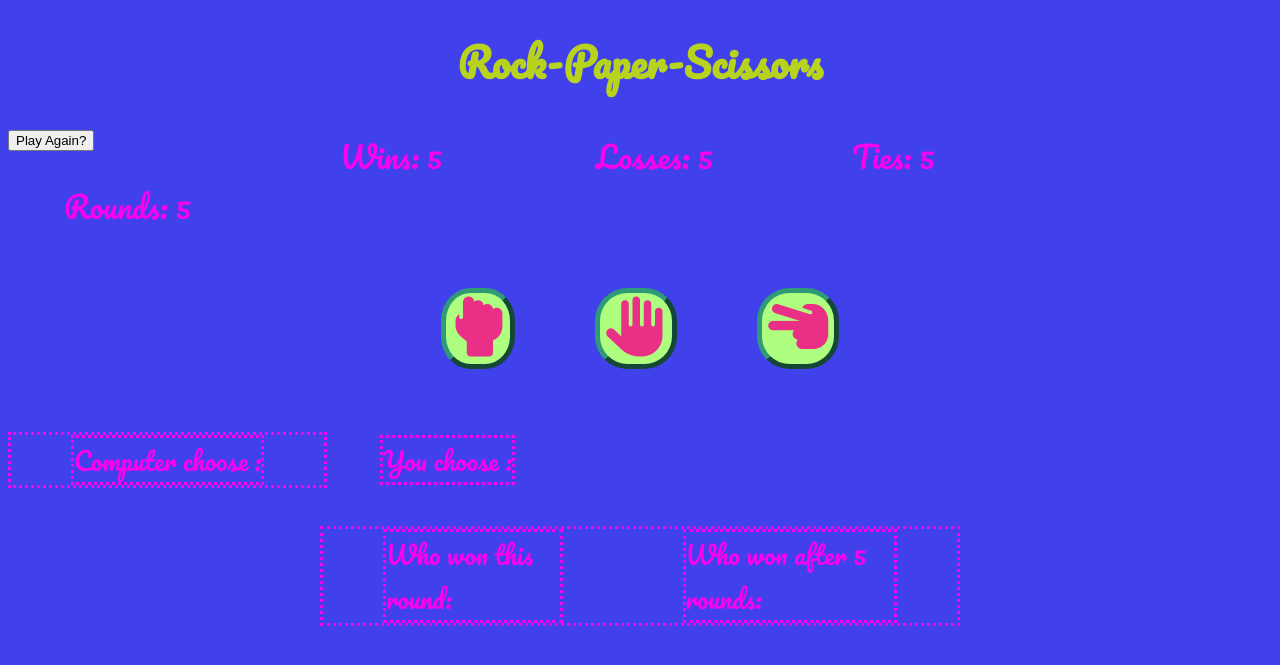
Repository: 0101chaitanya/Rock-Paper-Scissors
Page: index.html
An editor plug-in stored every save of this project. The page is shown before and after the next save, followed by the edit.
The browser window is 1280 px wide. The pictures show the whole page.
Some web libraries are served in a nearby version.

Above is the page before, as saved 2021-05-15 15:41:00.
Not found: linkk.js

### index.html
<!DOCTYPE html>
<html>

<head>
    <meta charset="utf-8">
    <title>Rock-Paper-Scissors</title>
    <link rel="stylesheet" href="style.css">
    <script src="https://kit.fontawesome.com/3dcaf9f6de.js" crossorigin="anonymous"></script>
    <link rel="preconnect" href="https://fonts.gstatic.com">
    <link href="https://fonts.googleapis.com/css2?family=Pacifico&display=swap" rel="stylesheet">
</head>

<body>
    <h1 id="welcome">Rock-Paper-Scissors</h1>
    <div id="div1">
        <span id="wins" class="score">Wins: 5</span>
        <span id="losses" class="score">Losses: 5</span>
        <span id="ties" class="score">Ties: 5</span>
    </div>
    <div id="div2">
        <span id="rounds">Rounds: 5</span>
    </div>
    <div id="div3">
        <button class="square" id="holder1" href="#"><i class="fas fa-hand-rock"></i></button>
        <button class="square" id="holder2" href="#"><i class="fas fa-hand-paper"></i></button>
        <button class="square" id="holder3" href="#"><i class="fas fa-hand-scissors"></i></button>
    </div>
    <div id="div4">
        <span id="you" class="player">You choose :</span>
        <span id="computer" class="player">Computer choose :</span>
    </div>
    <div id="div5">
        <span id="roundwin" class="round">Who won this round:</span>
        <span id="round5er" class="round">Who won after 5 rounds:</span>
    </div>
    <button id="repeat">Play Again?</button>
    <script type="text/javascript" src="linkk.js"></script>
</body>

</html>

### style.css
html{
    margin: 0;
    font-family: 'Pacifico', cursive;
    background-color:rgb(65, 65, 236);
display: block;
}

h1  {
       text-align: center;
     color:rgb(184, 211, 30) ;
    font-size: 40px;
}
#div1{
     display: flex;
     justify-content: space-evenly;
     font-size: 30px;
     color:rgb(248, 3, 236);
    position : fixed;
    top: 18%;
    }
.score {
        margin: auto 20px ;
    }
    #wins {
       position: fixed;
        left: 25%;

    }
    #losses {
       position: fixed;
        left: 45%;

    }
    #ties {
       position: fixed;
        left: 65%;

    }

#div2 {
     display: flex;
     justify-content: space-evenly;
     font-size: 30px;
     color:rgb(248, 3, 236);
    position : fixed;
    top: 25%;
    left: 5%;
}
 #div3 {
display: flex;
flex-direction: row;
justify-content:center;
position: fixed;
top: 40%;
align-content: center;
left: 50%;
right: 50%;
padding:0;
  }
.square{
    background-color: rgb(174, 255, 127);
    font-size: 60px;
    display: inline-block;
color: rgb(233, 47, 134);
border-radius: 40%;
border-width: 5px;
border-color:rgb(46, 155, 118);
margin:auto 40px;
}
#div4 {
     display: flex;
     flex-direction: row;
     justify-content: center;
     font-size: 25px;
     color:rgb(248, 3, 236);
    position : fixed;
    top: 60%;
    padding: auto;
    border-style:dotted;

}
.player {
    margin: auto 60px;
    display: flex;
    flex-direction: row;
    border-style:dotted;
    flex-wrap: nowrap;

}
#you {
   position: fixed;
        left: 25%;

}
#div5 {
     display: flex;
     flex-direction: row;
     justify-content: center;
     font-size: 25px;
     color:rgb(248, 3, 236);
    position : fixed;
    top: 73%;
    left: 25%;
    right: 25%;
    padding: auto;
    border-style:dotted;

}
.round {
    margin: auto 60px;
    display: flex;
    flex-direction: row;
    border-style:dotted;
    flex-wrap: nowrap;
}

After the next save:
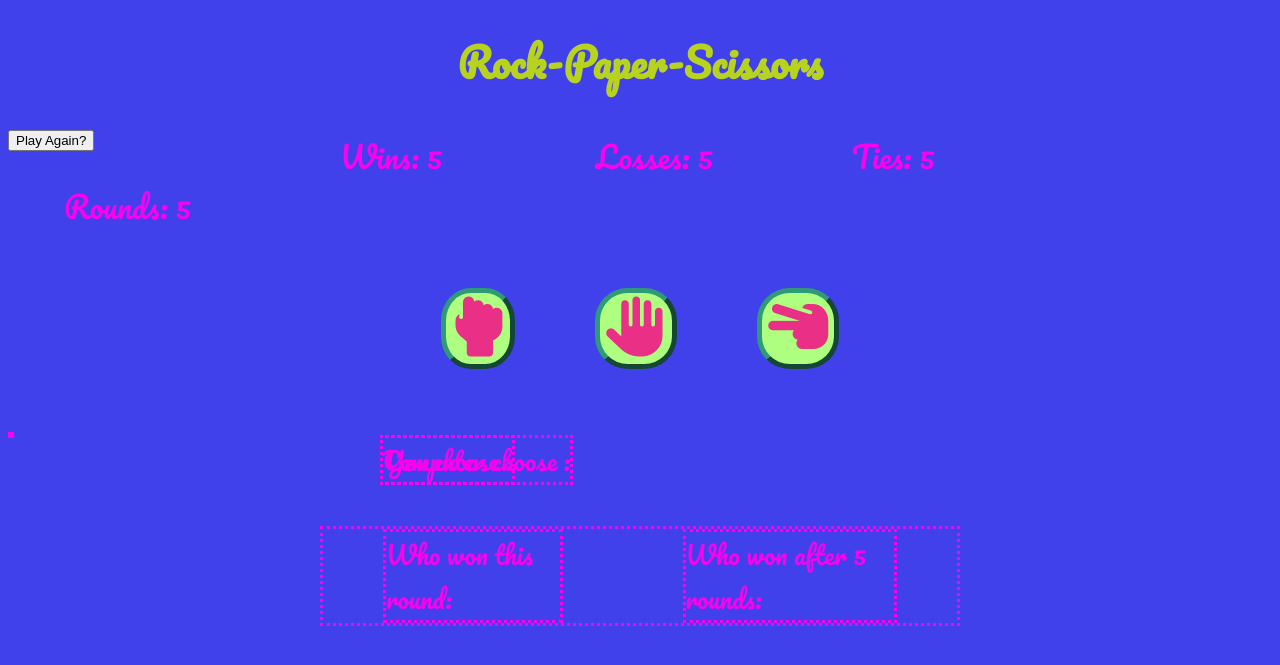
Saved 32 s later.
--- a/style.css
+++ b/style.css
@@ -92,6 +92,11 @@ margin:auto 40px;
         left: 25%;
 
 }
+#computer {
+     position: fixed;
+        left: 25%;
+
+}
 #div5 {
      display: flex;
      flex-direction: row;
